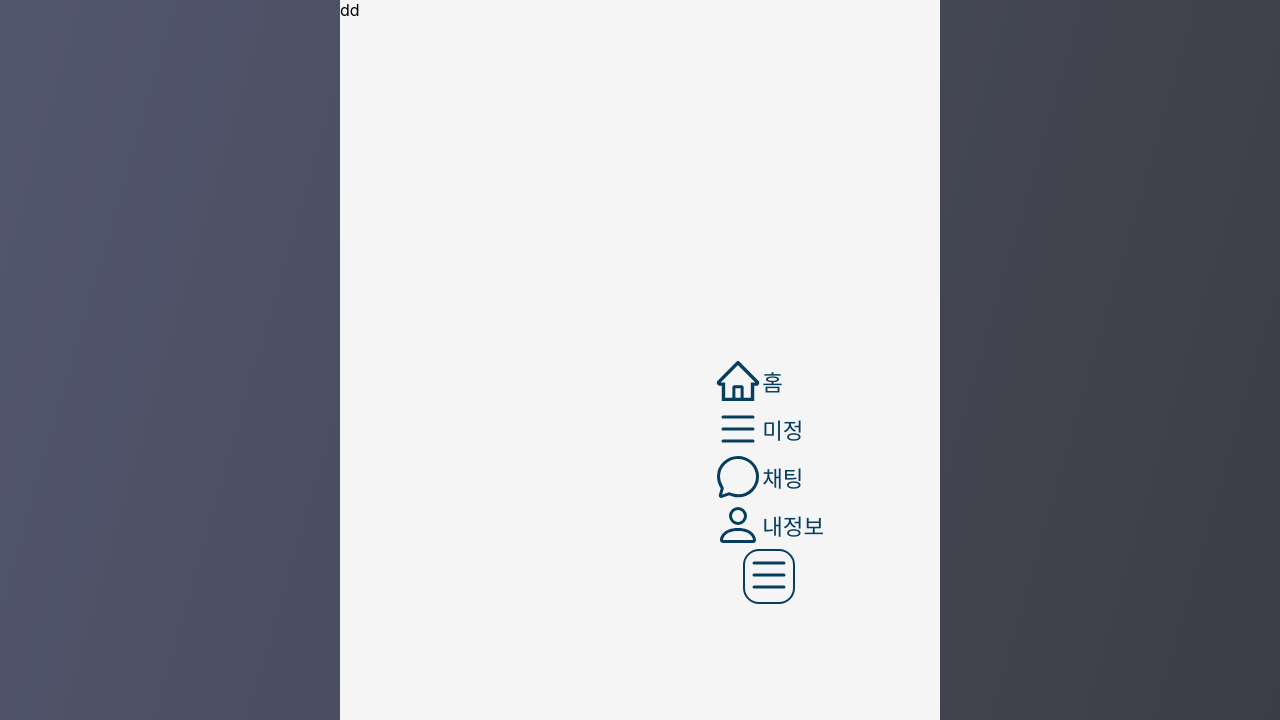
Repository: SeungYn/hanium
Page: /
These files come from the project's save history. The page is drawn as it stood at one moment and after a run of saves; the edit follows.
The browser window is 1280 px wide. The pictures show the whole page.
The project was rebuilt for these pictures with package versions that can differ from the ones it lists, and the page was loaded fresh each time. Also part of the build but not shown: src/App.css, src/components/ReadPopup/ReadPopup.module.css, src/components/ReadPopup/ReadPopup.jsx, src/pages/login/Login.jsx.

Above is the page before, as saved 2022-10-27 14:02:32.

### src/index.js
import React from 'react';
import ReactDOM from 'react-dom/client';
import './index.css';
import App from './App';

import { AuthErrorEventBus, AuthProvider } from './context/AuthContext';
import TokenStorage from './db/token';
import HttpClient from './network/http';
import AuthService from './service/auth';

const baseURL = 'https://d4a8ab3f9df191.lhr.life';
const tokenStorage = new TokenStorage();
const authErrorEventBus = new AuthErrorEventBus();
const httpClient = new HttpClient(baseURL, authErrorEventBus, tokenStorage);
const authService = new AuthService(httpClient, tokenStorage);

const root = ReactDOM.createRoot(document.getElementById('root'));
root.render(
  <React.StrictMode>
    <AuthProvider
      authService={authService}
      authErrorEventBus={authErrorEventBus}
      tokenStorage={tokenStorage}
    >
      <App authService={authService} />
    </AuthProvider>
  </React.StrictMode>
);

### src/index.css
:root {
  --color-darkBlue: #073d5d;
  --color-main: #42a5f5;
  --color-bg-dark: #f5f5f5;
  --color-bg: #fdfffd;
  --color-font: #073d5d;
  --color-accent: #073d5d;
  --color-font-accent: white;
  --color-error-bg: rgba(173, 173, 173, 0.401);
  --color-popup-bg: white;
  /* 사이즈 */
  --font-size-medium: 1.4rem;
  --font-size-small: 1rem;
}

* {
  box-sizing: border-box;
}

html,
body {
  height: 100%;
  width: 100%;
  margin: 0;
  background: rgb(81, 87, 111);
  background: linear-gradient(
    106deg,
    rgba(81, 87, 111, 1) 0%,
    rgba(60, 61, 69, 1) 100%
  );
  accent-color: var(--color-accent);
}
a {
  text-decoration: none;
  color: var(--color-font);
}
ul {
  padding: 0;
  margin: 0;
  list-style: none;
}
#root {
  height: 100%;
  width: 100%;
  max-width: 600px;
  background-color: var(--color-bg-dark);
  margin: auto;
  display: flex;
  flex-direction: column;
  position: relative;
}

button {
  cursor: pointer;
}
body {
  margin: 0;
  font-family: -apple-system, BlinkMacSystemFont, 'Segoe UI', 'Roboto', 'Oxygen',
    'Ubuntu', 'Cantarell', 'Fira Sans', 'Droid Sans', 'Helvetica Neue',
    sans-serif;
  -webkit-font-smoothing: antialiased;
  -moz-osx-font-smoothing: grayscale;
}

code {
  font-family: source-code-pro, Menlo, Monaco, Consolas, 'Courier New',
    monospace;
}

### src/App.js
import { useCallback } from 'react';
import { createBrowserRouter, RouterProvider } from 'react-router-dom';
import './App.css';
import FirstPage from './pages/firstPage/FirstPage';
import Root from './pages/Root';

// const router = createBrowserRouter([
//   {
//     path: '/',
//     element: <Root />,
//     children: [],
//   },
// ]);

function App({ authService }) {
  const router = useCallback(
    createBrowserRouter([
      {
        path: '/',
        element: <Root />,
        children: [
          { index: true, element: <FirstPage authService={authService} /> },
        ],
      },
    ]),
    [authService]
  );
  return <RouterProvider router={router} />;
}

export default App;

### src/context/AuthContext.jsx
import {
  createContext,
  createRef,
  useCallback,
  useContext,
  useEffect,
  useImperativeHandle,
  useMemo,
  useState,
} from 'react';
import ReadPopup from '../components/ReadPopup/ReadPopup';

import Login from '../pages/login/Login';

const AuthContext = createContext({});

const contextRef = createRef();

export function AuthProvider({
  authService,
  authErrorEventBus,
  children,
  tokenStorage,
}) {
  const [user, setUser] = useState(1);
  const [error, setError] = useState(null);

  const context = useMemo(() => ({}), []);

  const onLogin = async ({ loginId, password }) => {
    await authService
      .headerTokenLogin(loginId, password)
      .then((data) => {
        console.log(data);
        tokenStorage.saveUser({
          memberId: data.memberId,
          nickname: data.nickname,
        });
        setUser({ memberId: data.memberId, nickName: data.nickname });
        console.log(tokenStorage.getUser());
        return;
      })
      .catch((error) => {
        setError(error);
      });
  };

  const logout = useCallback(
    async () =>
      await authService.logout().then(() => {
        setUser(undefined);
      }),
    [authService]
  );

  useEffect(() => {
    authErrorEventBus.listen((err) => {
      console.log('err');
      console.log(err);
      setError(err);
      setUser(undefined);
      authService.logout();
    });
  }, [authErrorEventBus]);

  useEffect(() => {
    if (tokenStorage.getUser()) {
      setUser({ ...tokenStorage.getUser() });

      //nav('/');
    }

    //setUser({ token: localStorage.getItem('TOKEN') });
  }, []);

  return (
    <AuthContext.Provider value={context}>
      {user ? (
        children
      ) : (
        <>
          {error && (
            <ReadPopup content={error} onHandler={setError} type={'error'} />
          )}
          <Login authService={authService} onLogin={onLogin} />
        </>
      )}
    </AuthContext.Provider>
  );
}

export class AuthErrorEventBus {
  listen(callback) {
    this.callback = callback;
  }
  notify(error) {
    this.callback(error);
  }
}

export default AuthContext;
export const fetchToken = () => contextRef.current;
export const useAuth = () => useContext(AuthContext);

### src/db/token.js
const TOKEN = 'token';
const USER = 'user';
const USERNICKNAME = 'userNickName';
export default class TokenStorage {
  saveToken(token) {
    localStorage.setItem(TOKEN, token);
  }

  getToken() {
    return localStorage.getItem(TOKEN);
  }

  saveUser(user) {
    console.log(user);
    localStorage.setItem(USER, JSON.stringify(user));
    console.log(localStorage.getItem(USER));
  }

  getUser() {
    return JSON.parse(localStorage.getItem(USER));
  }

  clearToken() {
    console.log('토큰삭제');
    localStorage.clear(TOKEN);
  }
  clearUser() {
    console.log('유저삭제');
    localStorage.clear(USER);
  }
}

### src/network/http.js
export default class HttpClient {
  constructor(baseURL, authErrorEventBus, tokenStorage) {
    this.baseURL = baseURL;
    this.authErrorEventBus = authErrorEventBus;
    this.tokenStorage = tokenStorage;
  }

  async fetch(url, options) {
    console.log(`${this.baseURL}${url}`);
    let res = undefined;
    try {
      res = await fetch(`${this.baseURL}${url}`, {
        ...options,
        headers: {
          'Content-Type': 'application/json',
          ...options.headers,
        },
      });
    } catch (e) {
      const err = new Error('서버와 연결이 안됩니다.');
      throw err;
    }

    console.log(123);
    console.log(res);
    if (res.headers.get('Authorization')) {
      this.tokenStorage.saveToken(
        res.headers.get('Authorization').split(' ')[1]
      );
    }

    let data;
    console.log(res.headers);
    try {
      data = await res.json();
    } catch (error) {
      console.error('데이터 없어서 에러');
    }
    console.log(res);
    if (res.status > 299 || res.status < 200) {
      const message =
        data && data.message ? data.message : 'Something went wrong! 🤪';

      let error = new Error(message);

      if (res.status === 401) {
        console.log('401에러');
        error = new Error('로그인 정보가 잘 못 됐습니다.');
        this.authErrorEventBus.notify(error);
        return;
      }
      if (res.status === 400) {
        error.name = data.code ? data.code : '에러코드 등록 필요';
        console.log(error.message);
        throw error;
      }
      throw error;
    }

    return data;
  }
}

### src/service/auth.js
export default class AuthService {
  constructor(http, tokenStorage) {
    this.http = http;
    this.tokenStorage = tokenStorage;
  }

  //내 정보
  async getMyInfo() {
    const data = await this.http.fetch('/user', {
      method: 'GET',
      headers: this.getHeaders(),
    });
    return data;
  }

  //노드 /signup
  //스프링 /join
  async signup({
    nickname,
    loginId,
    password,
    email,
    sex,
    university,
    dept,
    sno,
  }) {
    console.log(nickname, loginId, password, email, sex, university, dept, sno);
    const data = await this.http.fetch('/auth/join', {
      method: 'POST',
      body: JSON.stringify({
        nickname,
        password,
        loginId,
        email,
        sex,
        university,
        dept,
        sno,
      }),
    });
    //this.tokenStorage.saveToken(data.token);
    return data;
  }

  //헤더로 토큰 받고 로그인
  async headerTokenLogin(loginId, password) {
    console.log(loginId, password);
    const data = await this.http.fetch(`/auth/login`, {
      method: 'POST',
      body: JSON.stringify({ loginId, password }),
    });
    // const res = await fetch(`${this.http.baseURL}/login`, {
    //   method: 'POST',
    //   headers: {
    //     'Content-Type': 'application/json',
    //   },
    //   body: JSON.stringify({ loginId, password }),
    // });

    // let data;
    // try {
    //   data = await res.json();
    // } catch (error) {
    //   console.error(error);
    // }

    // if (res.status > 299 || res.status < 200) {
    //   console.log('승유');
    //   const message =
    //     data && data.message ? data.message : 'Something went wrong! 🤪';
    //   const error = new Error(message);
    //   console.error('error = ', error);

    //   if (res.status === 401) {
    //     this.authErrorEventBus.notify(error);
    //   }
    //   if (res.status === 400) {
    //     error.name = data.code ? data.code : '에러코드 등록 필요';
    //     console.log(error.message);
    //     throw error;
    //   }
    //   throw error;
    // }
    // const token = res.headers.get('Authorization').split(' ')[1];
    // this.tokenStorage.saveToken(token);

    return data;
  }

  //노드서버 /idDuplicate
  //스프링서버 /duplicate-loginId
  async idDuplicateVerification(loginId) {
    const data = await this.http.fetch(`/auth/duplicate-loginId`, {
      method: 'POST',
      body: JSON.stringify({ loginId }),
    });
    return data;
  }

  async nicknameDuplicateVerification(nickname) {
    const data = await this.http.fetch(`/auth/duplicate-nickname`, {
      method: 'POST',
      body: JSON.stringify({ nickname }),
    });
    return data;
  }

  //이메일로 인증번호 받기
  async getEmailAuthenticationNumber(email) {
    console.log(email);
    const data = await this.http.fetch('/auth/mail-auth', {
      method: 'POST',
      body: JSON.stringify({
        email,
      }),
    });
    return data;
  }

  //인증번호 확인
  async authenticationNumberVerification(number) {
    const data = await this.http.fetch('/auth/mailcode-auth', {
      method: 'POST',
      body: JSON.stringify({
        code: number,
      }),
    });
    return data;
  }
  //노드서버 auth/login
  async login(loginId, password) {
    const data = await this.http.fetch('/auth/login', {
      method: 'POST',
      body: JSON.stringify({ loginId, password }),
    });
    this.tokenStorage.saveToken(data.token);
    return data;
  }

  async test() {
    const data = await this.http.fetch('/user', {
      method: 'GET',
      headers: this.getHeaders(),
    });
    return data;
  }

  async me() {
    const token = this.tokenStorage.getToken();
    return this.http.fetch('/me', {
      method: 'GET',
      headers: { Authorization: `Bearer ${token}` },
    });
  }

  async logout() {
    this.tokenStorage.clearToken();
    this.tokenStorage.clearUser();
  }

  getHeaders() {
    const token = this.tokenStorage.getToken();
    return {
      Authorization: `Bearer ${token}`,
    };
  }
}

### src/pages/firstPage/FirstPage.jsx
import React from 'react';

export default function FirstPage() {
  return <div>dd</div>;
}

### src/pages/Root.jsx
import React from 'react';
import { Outlet } from 'react-router-dom';
import Navbar from '../components/Navbar/Navbar';

export default function Root() {
  return (
    <>
      <Outlet />
      <Navbar />
    </>
  );
}

### src/components/Navbar/Navbar.jsx
import React, { useRef, useState } from 'react';
import { NavLink } from 'react-router-dom';
import styles from './Navbar.module.css';
import { AiOutlineHome } from 'react-icons/ai';
import { BsList, BsPerson } from 'react-icons/bs';
import { IoChatbubbleOutline } from 'react-icons/io5';
import { IconContext } from 'react-icons';

export default function Navbar() {
  const navMenuRef = useRef();
  const [navToggle, setNavToggle] = useState(false);
  const handleBtn = (e) => {
    setNavToggle((t) => !t);
  };
  console.log(navToggle ? styles.navAppear : styles.navDisappear);
  return (
    <nav className={styles.nav}>
      <IconContext.Provider value={{ className: styles.reactIcon }}>
        <div
          ref={navMenuRef}
          className={`${styles.navMenu} ${
            navToggle ? styles.navAppear : styles.navDisappear
          }`}
        >
          <NavLink
            to='/'
            className={({ isActive }) =>
              isActive
                ? `${styles.active} ${styles.link}`
                : `${styles.unactive} ${styles.link}`
            }
          >
            <AiOutlineHome />
            <span className={styles.text}>홈</span>
          </NavLink>

          <NavLink
            to='/1'
            className={({ isActive }) =>
              isActive
                ? `${styles.active} ${styles.link}`
                : `${styles.unactive} ${styles.link}`
            }
          >
            <BsList />
            <span className={styles.text}>미정</span>
          </NavLink>

          <NavLink
            to='/2'
            className={({ isActive }) =>
              isActive
                ? `${styles.active} ${styles.link}`
                : `${styles.unactive} ${styles.link}`
            }
          >
            <IoChatbubbleOutline />
            <span className={styles.text}>채팅</span>
          </NavLink>

          <NavLink
            to='/3'
            className={({ isActive }) =>
              isActive
                ? `${styles.active} ${styles.link}`
                : `${styles.unactive} ${styles.link}`
            }
          >
            <BsPerson />
            <span className={styles.text}>내정보</span>
          </NavLink>
        </div>
        <button className={styles.btn} onClick={handleBtn}>
          <BsList />
        </button>
      </IconContext.Provider>
    </nav>
  );
}

### src/pages/login/Login.module.css
button {
  outline: none;
  border: none;
  color: var(--color-font);
  border: 2px solid var(--color-font);
  padding: 0.4rem 0;
  background-color: transparent;
  border-radius: 1rem;
}

button:hover {
  background-color: var(--color-accent);
  color: var(--color-font-accent);
}

.container {
  display: flex;
  flex-direction: column;
  overflow-y: auto;
  align-items: center;
  width: 100%;
}
.authTitle {
  width: 100%;
  text-align: center;
  color: var(--color-font);
}
.authForm {
  width: 100%;
}

.authForm__itemList .authForm__item,
.authForm__itemList .authForm__emailGroup {
  margin-top: 0.6rem;
}

.authForm__emailGroup {
  display: flex;
}

.emailBtn {
  flex: 0 0 20%;
  font-size: var(--font-size-small);
}

label[for='signup'] {
  cursor: pointer;
}

.form_signup {
  margin-top: 0.6rem;
  text-align: center;
}

.auth_btn {
  margin-top: 0.6rem;
  width: 100%;
  font-size: var(--font-size-medium);
  outline: none;
  border: none;
  color: var(--color-font);
  border: 2px solid var(--color-font);
  padding: 0.4rem 0;
  background-color: transparent;
  border-radius: 1rem;
}

.auth_btn:hover {
  background-color: var(--color-accent);
  color: var(--color-font-accent);
}

### src/components/Navbar/Navbar.module.css
.nav {
  position: absolute;
  bottom: 1rem;
  right: 1rem;
  font-size: var(--font-size-medium);
  text-align: center;
  display: flex;
  flex-direction: column;
  justify-content: end;
  margin: 100px;
  align-items: center;
  height: 100%;
}

.link {
  display: flex;
  align-items: center;
}

.link:hover {
  color: black;
}

.navMenu {
  /* opacity: 0;
  pointer-events: none;
  transition: all 0.1s ease-out; */

  transition: height 1s ease-out;
  overflow: hidden;
  height: 100%;
  min-height: 0;
  display: flex;
  flex-direction: column;
  justify-content: end;
}

.navAppear {
}

.navDisappear {
}

.reactIcon {
  font-size: 3rem;
}

.btn {
  padding: 0;
}

/* @keyframes listUp {
  0% {
    height: 0%;
  }
  50% {
    height: 50%;
  }
  100% {
    height: 100%;
  }
} */

Loaded but not shown: public/index.html (common file)

After the next 2 saves:
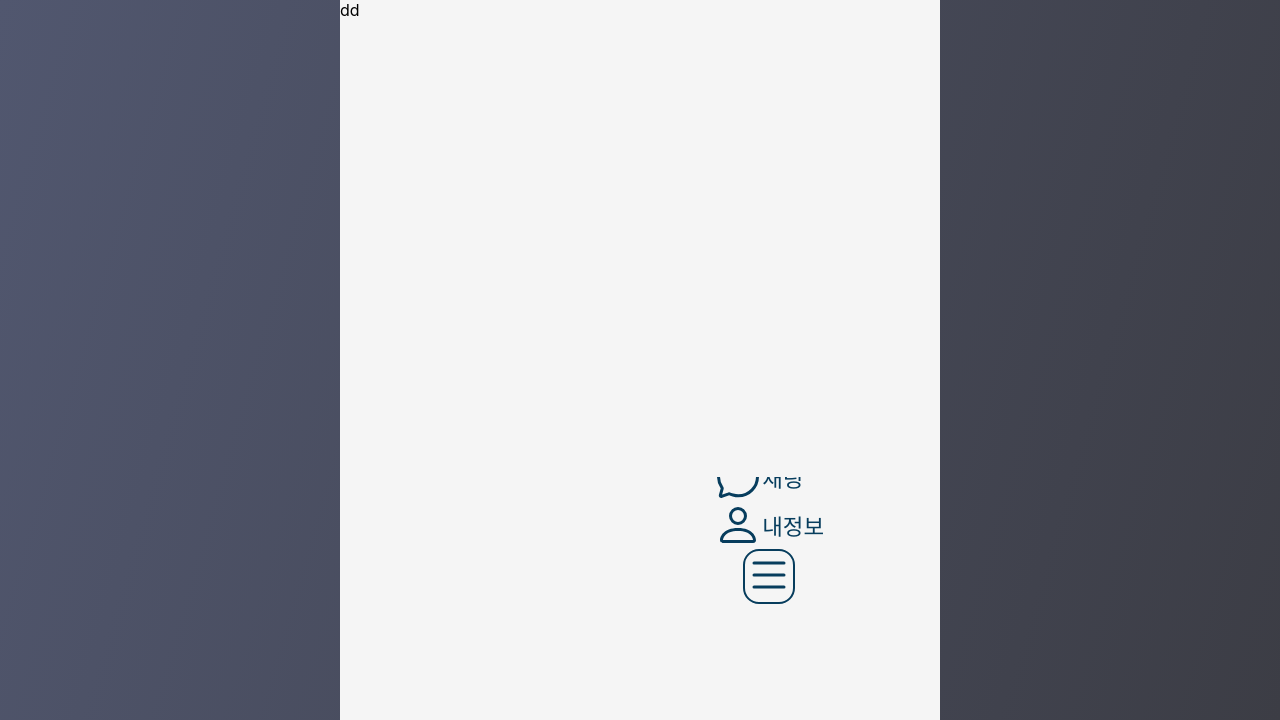
The 2 saves are shown as one change because they came seconds apart.
The last was saved 13 s later.
--- a/src/components/Navbar/Navbar.module.css
+++ b/src/components/Navbar/Navbar.module.css
@@ -28,7 +28,7 @@
 
   transition: height 1s ease-out;
   overflow: hidden;
-  height: 100%;
+  height: 10%;
   min-height: 0;
   display: flex;
   flex-direction: column;

After the save that followed:
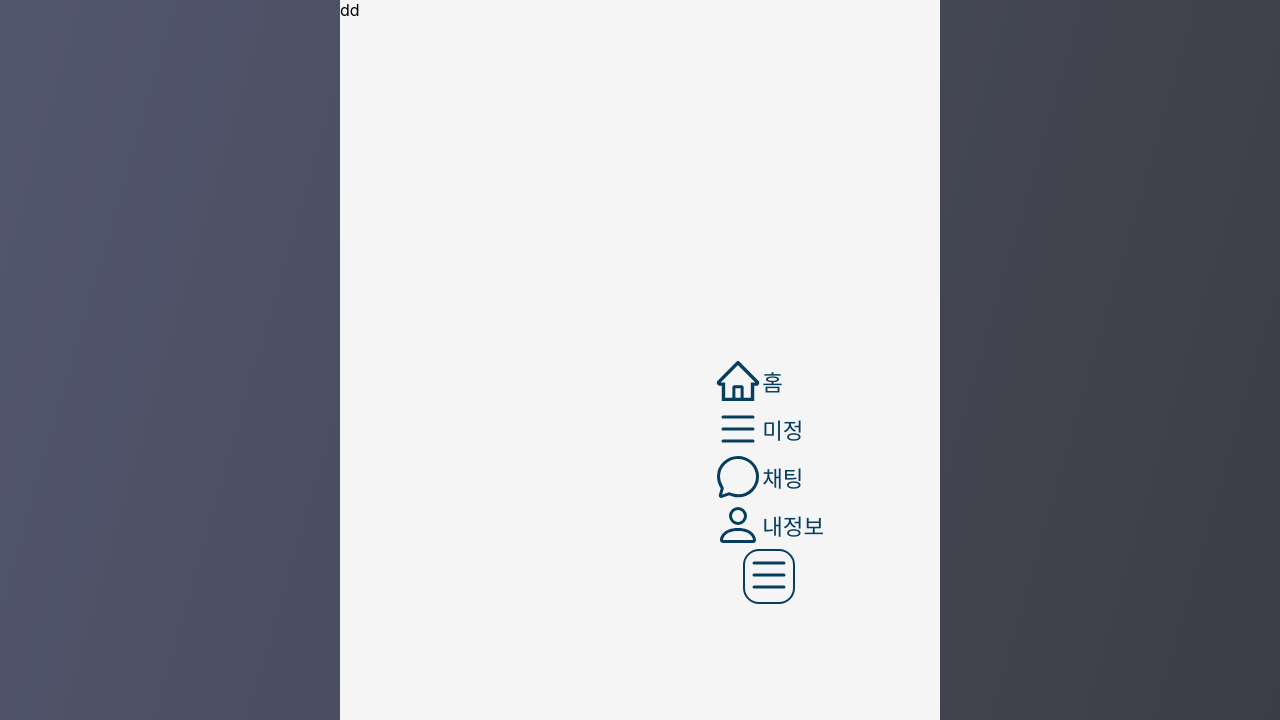
Saved 4 s later.
--- a/src/components/Navbar/Navbar.module.css
+++ b/src/components/Navbar/Navbar.module.css
@@ -28,7 +28,7 @@
 
   transition: height 1s ease-out;
   overflow: hidden;
-  height: 10%;
+  height: 500%;
   min-height: 0;
   display: flex;
   flex-direction: column;
